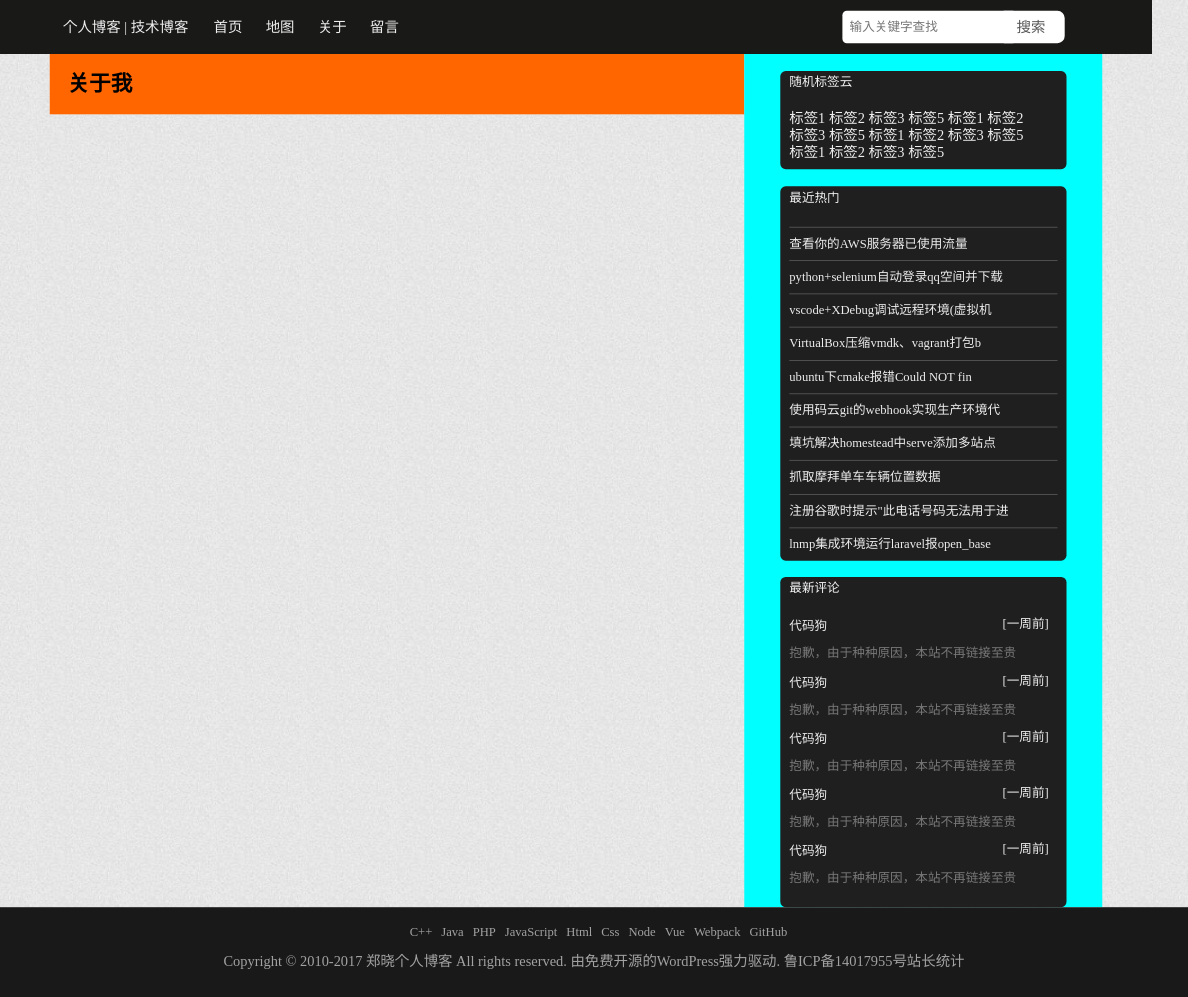
Repository: li1214/my_blog
Page: page/about.html
The author's editor kept a copy of each file at every save. The page is drawn from the files as they stood at one save, then again after the next save.
The browser window is 1280 px wide. The page is 1320 px wide, so the pictures cover 1320 px, including what lies to the right of the window. The pictures show the whole page, at 90% of full size.

Above is the page before, as saved 2019-01-04 14:11:21.

After the next save:
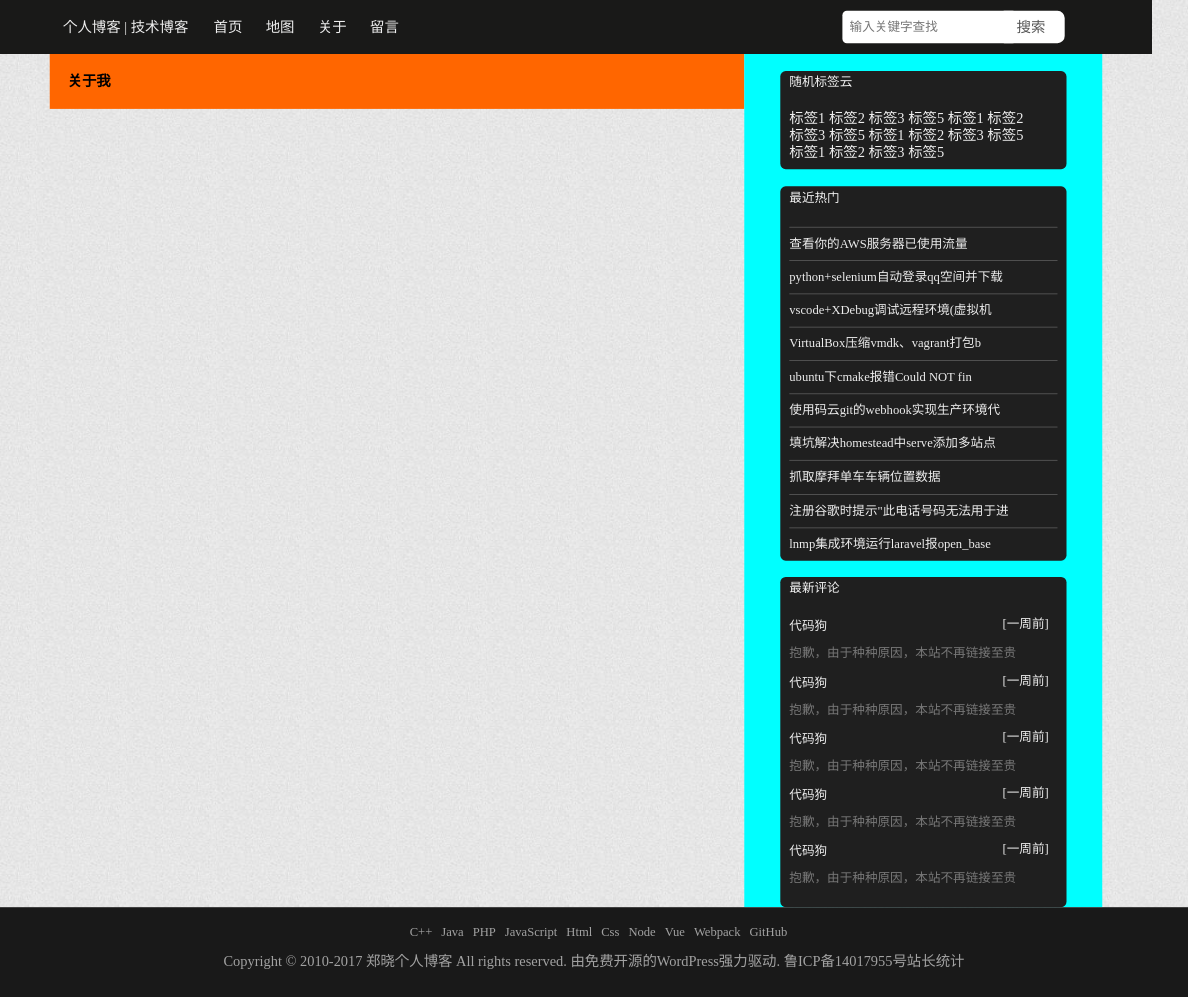
Saved 7 s later.
--- a/page/about.html
+++ b/page/about.html
@@ -30,7 +30,7 @@
         <div class="content-left">
             <div class='about'>
                 <div class='about-me'>
-                    <h2>关于我</h2>
+                    <h4>关于我</h4>
                     <p></p>
                 </div>
                 <div class='about-blog'></div>
